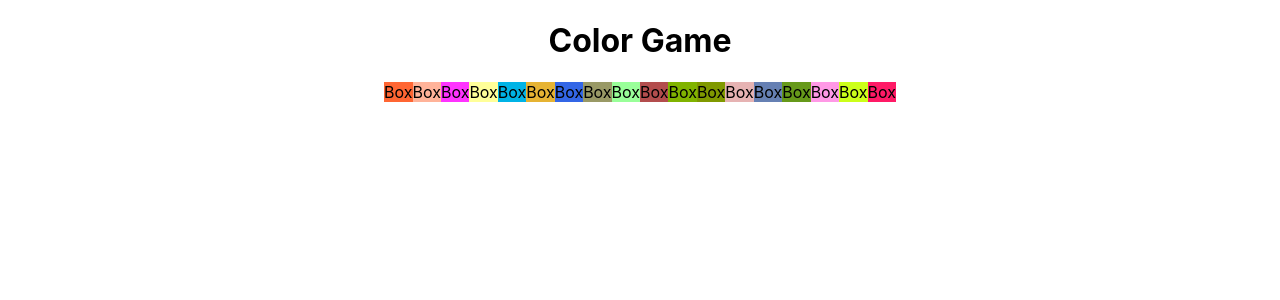
Repository: johnmutina/shades_of_blue
Page: /
An editor plug-in stored every save of this project. The page is shown before and after the next save, followed by the edit.
The browser window is 1280 px wide. The pictures show the whole page.
The project was rebuilt for these pictures with package versions that can differ from the ones it lists, and the page was loaded fresh each time.

Above is the page before, as saved 2019-06-22 14:26:09.

After the next save:
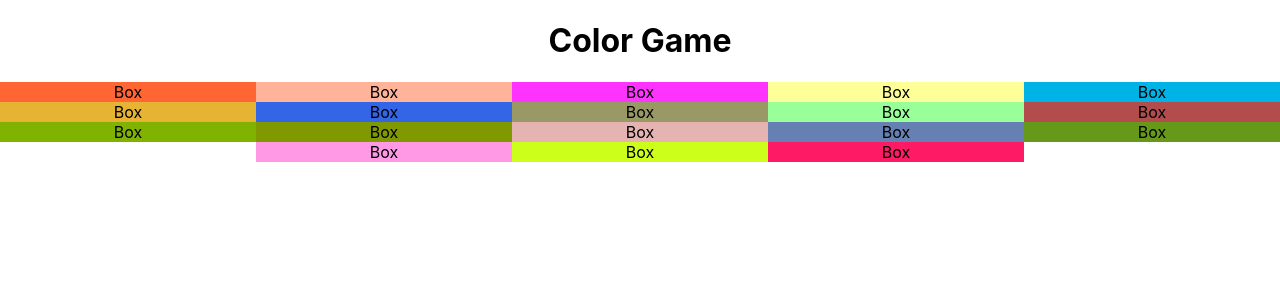
Saved 13 s later.
--- a/src/ColorBox.css
+++ b/src/ColorBox.css
@@ -1,3 +1,4 @@
 .ColorBox {
-    display: inline-block
+    display: inline-block;
+    width: 20%;
 }
